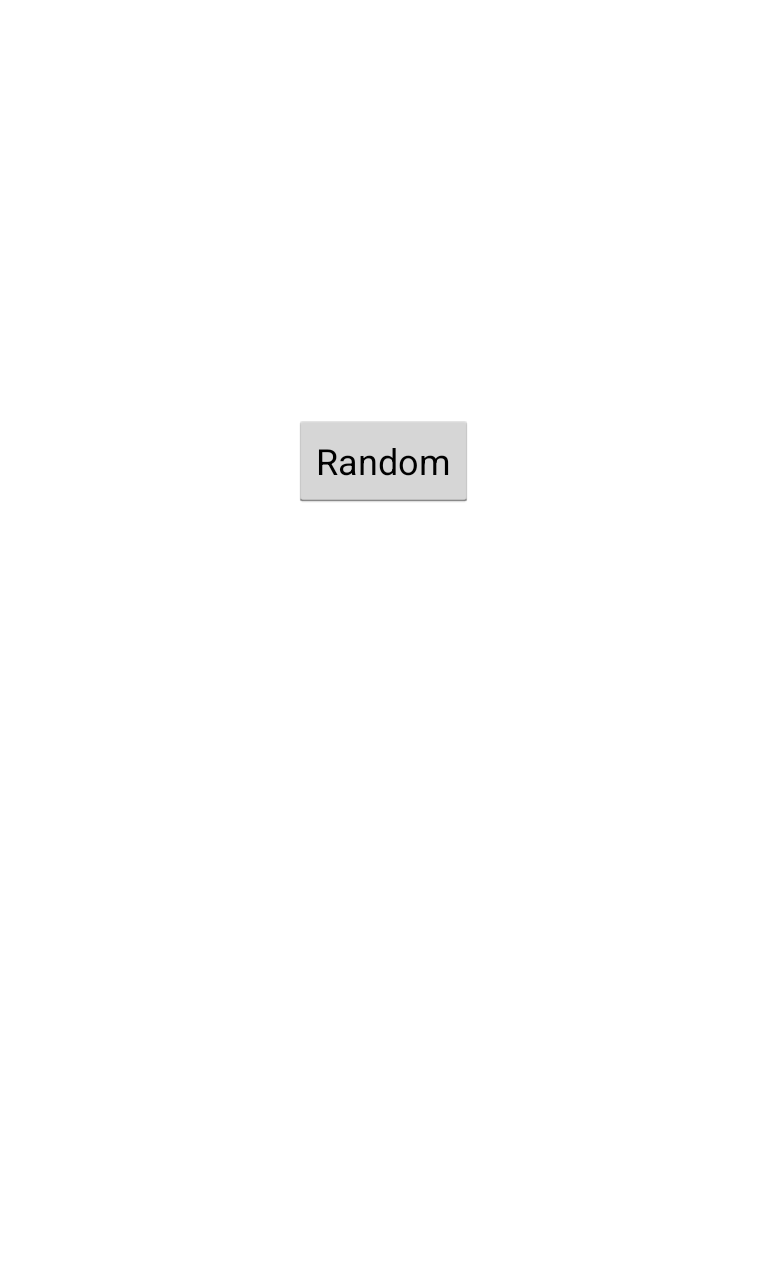
Repository: ek222mw/IDV436_API_Komponent
Layout: Labb1/res/layout/activity_main.xml
The author's editor kept a copy of each file at every save. The layout is drawn from the files as they stood at one save, then again after the next save.
It is drawn on a 768 x 1280 px phone screen (xhdpi) without system bars, with theme AppTheme; the app's code is not run.

Above is the layout before, as saved 2014-11-17 10:26:29.

After the next save:
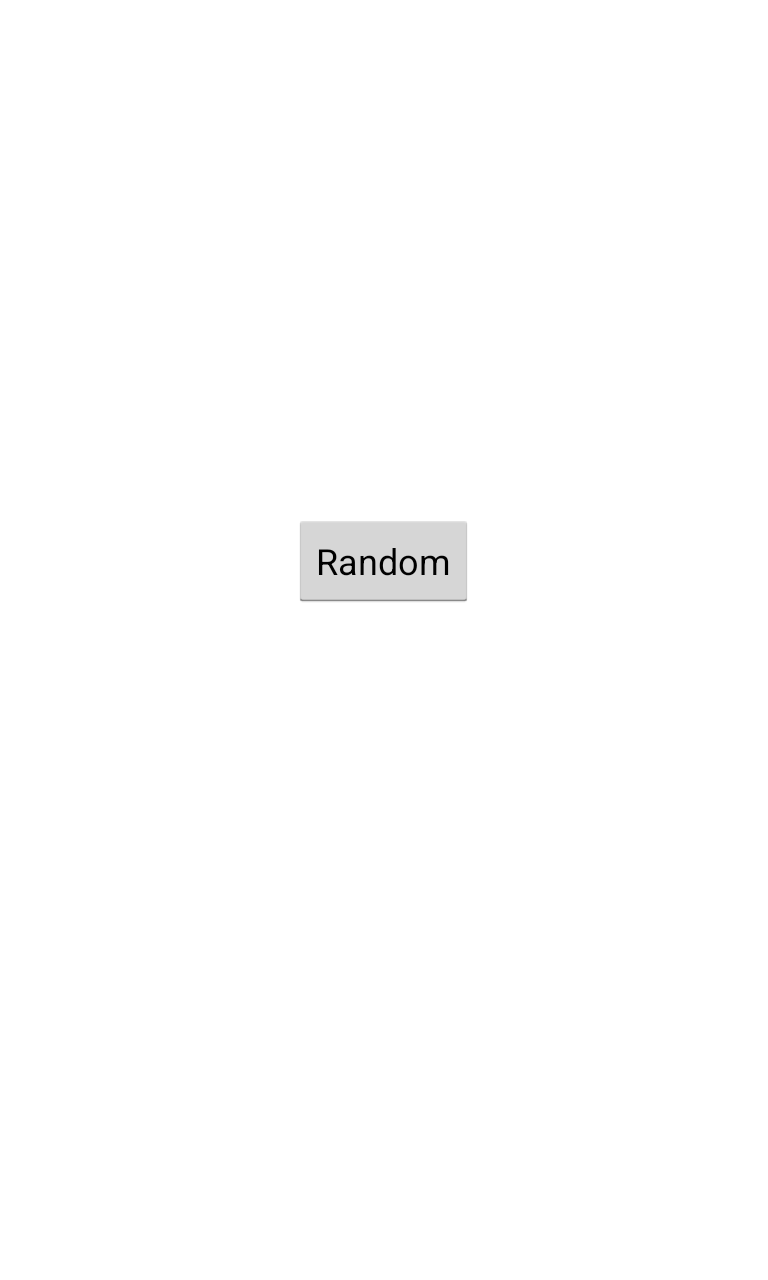
Saved 99 s later.
--- a/Labb1/res/layout/activity_main.xml
+++ b/Labb1/res/layout/activity_main.xml
@@ -26,7 +26,7 @@
         android:layout_height="wrap_content"
         android:text="@string/random"
 
-      	android:layout_marginTop="150dp"
+      	android:layout_marginTop="200dp"
       	android:layout_gravity="center"
         />
 
